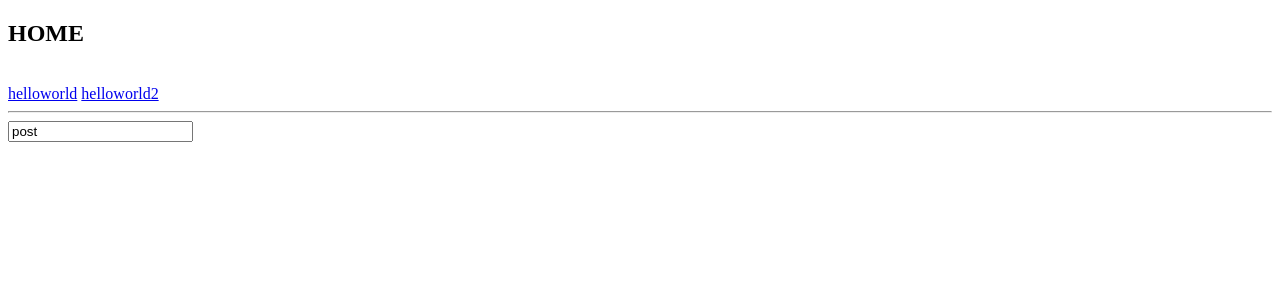
Repository: weiqilin66/workSpaceXD
Page: http://localhost/springmvc-1/
The author's editor kept a copy of each file at every save. The page is drawn from the files as they stood at one save, then again after the next save.
The browser window is 1280 px wide. The pictures show the whole page.
The page is served by Tomcat 9. Other server files are loaded and not shown.

Above is the page before, as saved 2019-09-18 07:07:24.

### workspace/eclipseworkspace/ws01-study/springmvc-1/WebContent/index.jsp
<%@ page language="java" contentType="text/html; charset=ISO-8859-1"
    pageEncoding="ISO-8859-1"%>
<!DOCTYPE html>
<html>
<head>
<meta charset="ISO-8859-1">
<title>Insert title here</title>
</head>
<body>
<h2>HOME</h2>
<br>
<a href="helloworld"> helloworld</a>
<a href="test/helloworld"> helloworld2</a>
<hr>
<form action="test/helloworldpost">
<input value="post">
</form>
</body>
</html>

After the next save:
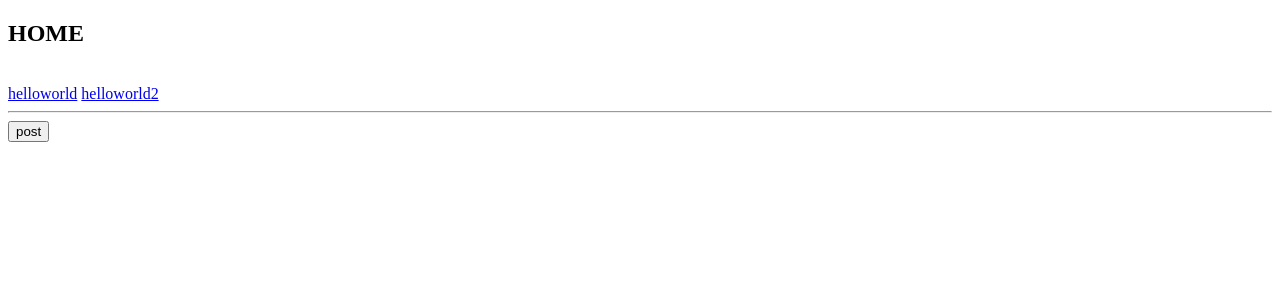
Saved 35 s later.
--- a/workspace/eclipseworkspace/ws01-study/springmvc-1/WebContent/index.jsp
+++ b/workspace/eclipseworkspace/ws01-study/springmvc-1/WebContent/index.jsp
@@ -13,7 +13,7 @@
 <a href="test/helloworld"> helloworld2</a>
 <hr>
 <form action="test/helloworldpost">
-<input value="post">
+<input value="post" type="submit">
 </form>
 </body>
 </html>
